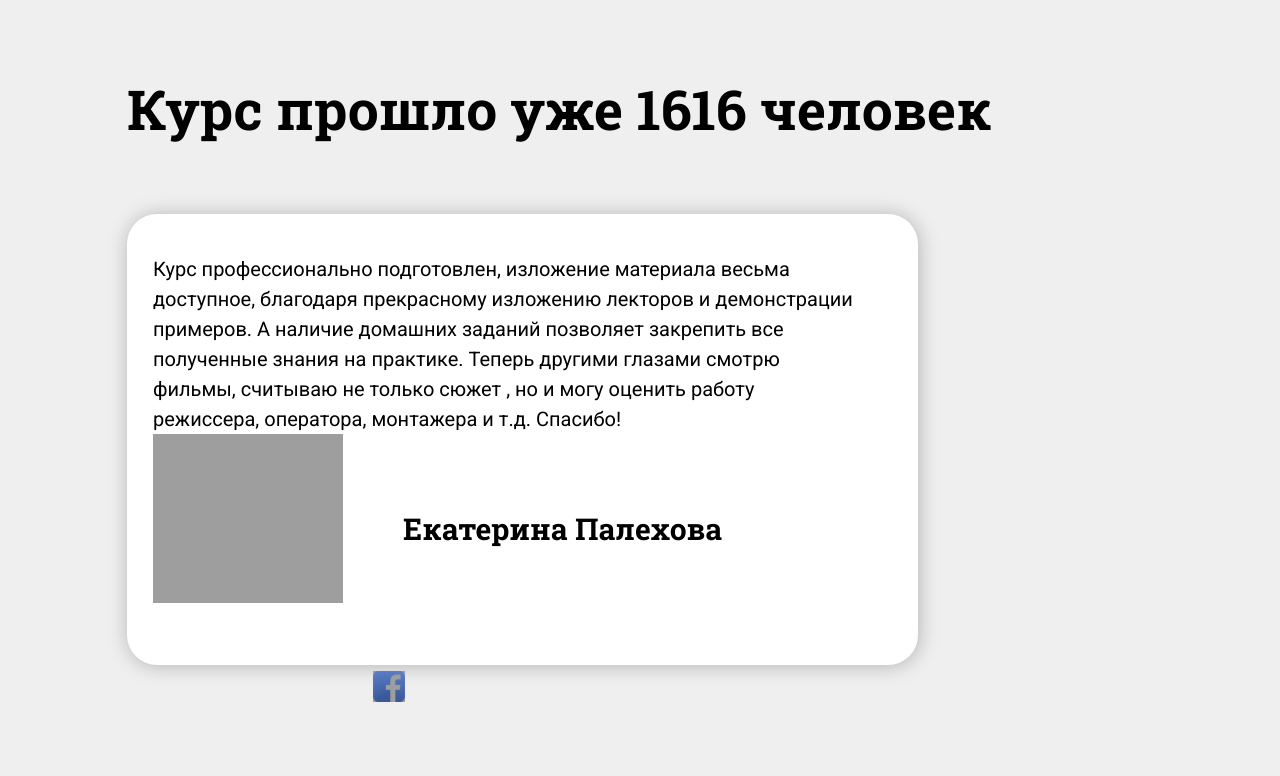
Repository: NatiqSamiyev/gray-task
Page: index.html
These files come from the project's save history. The page is drawn as it stood at one moment and after the next save; the edit follows.
The browser window is 1280 px wide. The pictures show the whole page.
Pictures or frames that could not be fetched are drawn as grey boxes.

Above is the page before, as saved 2023-08-12 14:19:15.

### index.html
<!DOCTYPE html>
<html lang="en">
  <head>
    <meta charset="UTF-8" />
    <meta name="viewport" content="width=device-width, initial-scale=1.0" />
    <link rel="stylesheet" href="index.css" />
    <title>Document</title>
  </head>
  <body>
    <div class="container">
      <h1>Курс прошло уже 1616 человек</h1>

      <div class="box-container">
        <p>
          Курс профессионально подготовлен, изложение материала весьма
          доступное, благодаря прекрасному изложению лекторов и демонстрации
          примеров. А наличие домашних заданий позволяет закрепить все
          полученные знания на практике. Теперь другими глазами смотрю фильмы,
          считываю не только сюжет , но и могу оценить работу режиссера,
          оператора, монтажера и т.д. Спасибо!
        </p>
        <ul>
          <li class="list-1">
            <img
              src="./1 9.png"
              alt="girl ikon"
            />
          </li>
          <li class="list-2">
            <h2>Екатерина Палехова</h2>
         <img src="./fb_2 1 (1).svg" alt="">
          </li>
        </ul>
      </div>
    </div>
  </body>
</html>

### index.css
@import url("https://fonts.googleapis.com/css2?family=Roboto+Slab:wght@400;700&family=Roboto:wght@700&display=swap");
@import url("https://fonts.googleapis.com/css2?family=Roboto&display=swap");
* {
  margin: 0;
  padding: 0;
  box-sizing: border-box;
}

.container {
  width: 100%;
  min-height: 100vh;
  padding: 81px 0 111px 127px;
  background-color: #efefef;
}

.container h1 {
  color: #000;
  font-family: Roboto Slab;
  font-size: 55px;
  font-style: normal;
  font-weight: 700;
  line-height: 101.385%;
}

.box-container {
  margin-top: 77px;
  padding: 40px 46px 29px 26px;
  width: 791px;
  height: 451px;
  background-color: #fff;
  border-radius: 30px;
  box-shadow: 1px 1px 20px 0px rgba(0, 0, 0, 0.25);
}

.box-container p {
  width: 700px;
  color: #000;
  font-family: Roboto;
  font-size: 20px;
  font-style: normal;
  font-weight: 400;
  line-height: 150%;
}

.box-container ul {
  display: flex;
}

ul li {
  list-style-type: none;
}
.list-1 img {
  width: 190px;
  height: 169px;
}

.list-2 {
  margin: 30px;
}

.list-2 img {
  background: url(<path-to-image>), lightgray 50% / cover no-repeat;
}

.list-2 h2 {
  margin: 50px 0 127px 30px;
  color: #000;
  font-family: Roboto Slab;
  font-size: 30px;
  font-style: normal;
  font-weight: 700;
  line-height: 101.385%;
}
.list-2 img{
  width: 32px;
height: 31px;
}

After the next save:
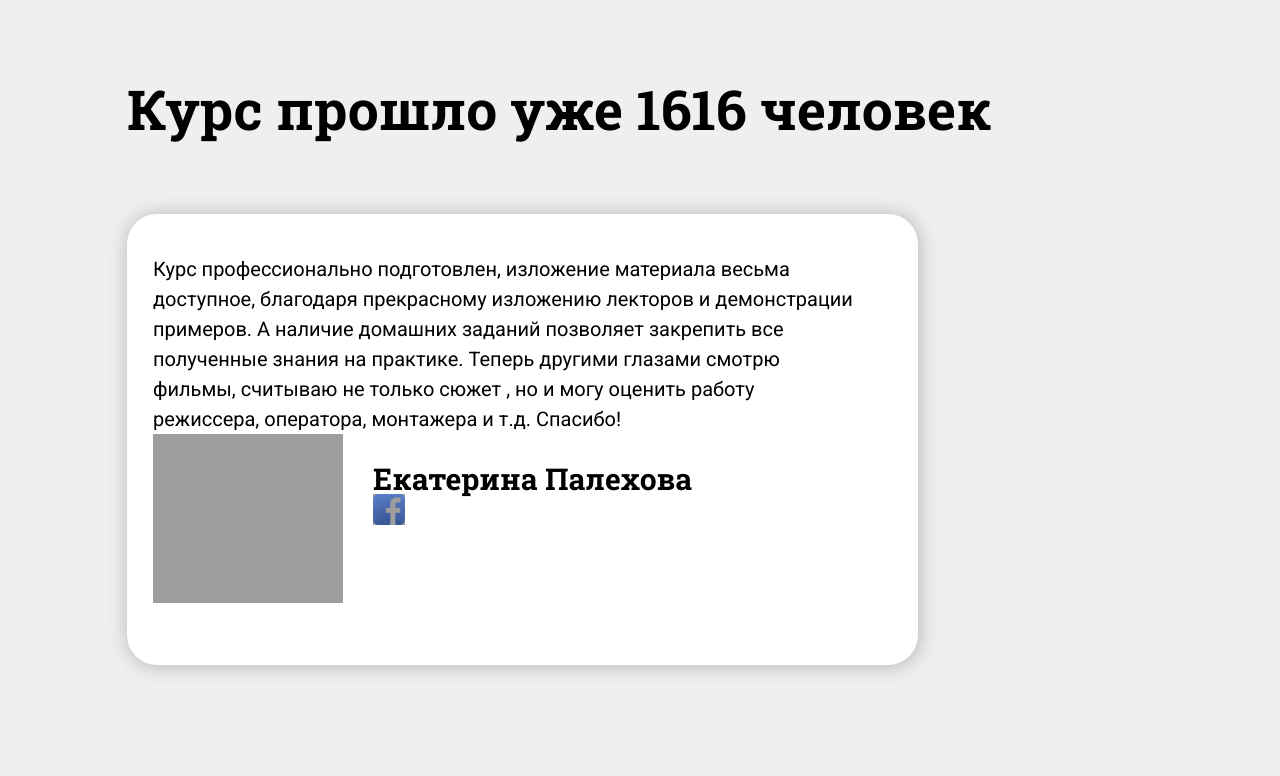
Saved 28 s later.
--- a/index.css
+++ b/index.css
@@ -63,7 +63,7 @@ ul li {
 }
 
 .list-2 h2 {
-  margin: 50px 0 127px 30px;
+  /* margin: 50px 0 127px 30px; */
   color: #000;
   font-family: Roboto Slab;
   font-size: 30px;
